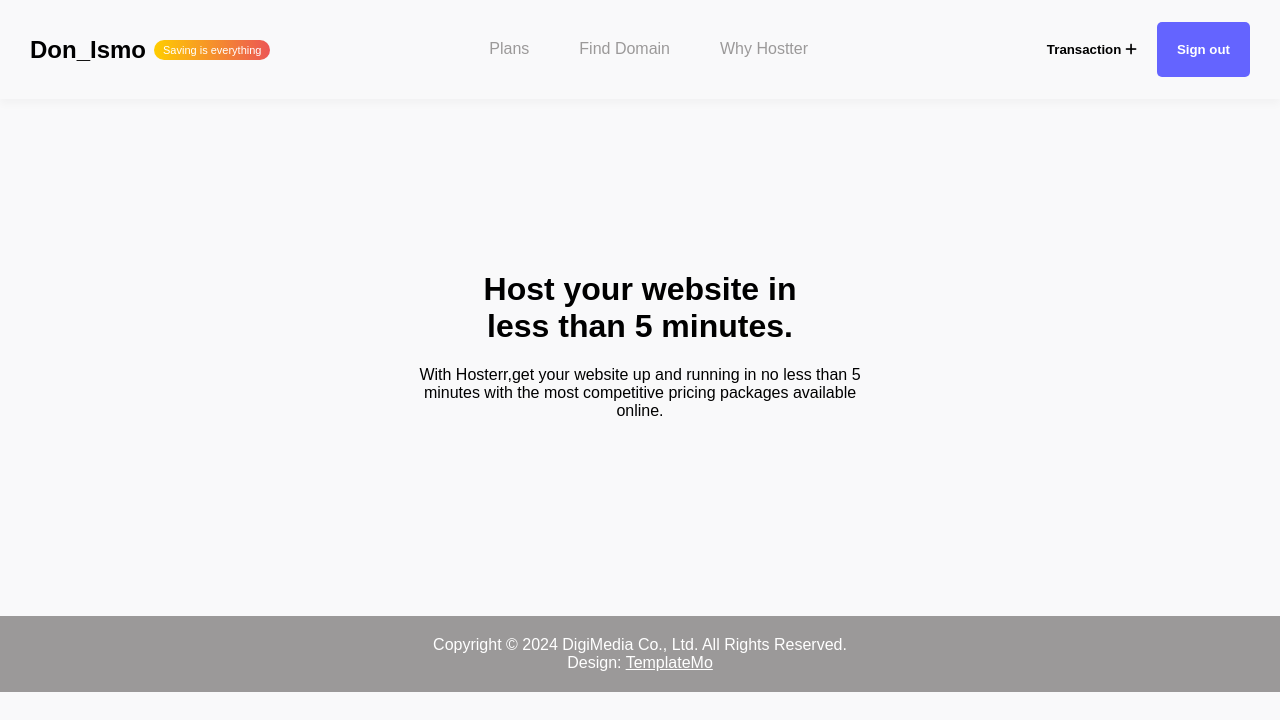
Repository: Ismail-ibr/pfa
Page: Dashboard/index.html
An editor plug-in stored every save of this project. The page is shown before and after the next save, followed by the edit.
The browser window is 1280 px wide. The pictures show the whole page.

Above is the page before, as saved 2024-05-16 22:44:56.
Console error: ReferenceError: closeButton is not defined

### Dashboard/index.html
<!DOCTYPE html>
<html lang="en">

<head>
    <meta charset="UTF-8">
    <meta name="viewport" content="width=device-width, initial-scale=1.0">
    <link rel="stylesheet" href="./style.css">
    <link rel="stylesheet" href="https://cdnjs.cloudflare.com/ajax/libs/font-awesome/6.5.2/css/all.min.css">
    <title>Document</title>
    <script defer src="./script.js"></script>
</head>

<body>

    <div class="main-div">
        <div class="nav">
            <div class="logo">
                <h2>Don_Ismo</h1>
                    <h4>Saving is everything</h4>
            </div>
            <div class="list">
                <ul>
                    <li><a href="#">Plans</a></li>
                    <li><a href="#">Find Domain</a></li>
                    <li><a href="#">Why Hostter</a></li>
                </ul>
            </div>
            <div class="nav-button">
                <h5 class="btn-1 open-button-2">Transaction<i class="fa-solid fa-plus"></i></h5>
                <h5 class="btn-2 open-button">Sign out</h5>
            </div>
            <div class="main_box2" id="modal2">
                <h2>Adding Transaction</h2>
                <form method="POST">
                    <div class="user_box2">
                        <input type="text" name="" required>
                        <label>Transaction Name</label>
                    </div>
                    <div class="user_box2">
                        <input type="text" name="" required>
                        <label>Transaction Categorie</label>
                    </div>
                    <div class="user_box2">
                        <input type="text" name="" required>
                        <label>Ma3raftch chno akhor</label>
                    </div>
                    <div class="button_form2">
                        <a href="#" id="submit">Ajouter</a>
                    </div>
                </form>
            </div>
            <div id="over"></div>

            <div class="main_box" id="modal">
                <h2>Sign out</h2>
                <div class="user_box">
                    <h3>Are you sure you want to disconnect?</h3>
                </div>
                <div class="buttons_Sign_out">
                    <div class="button_form">
                        <a href="#" id="cancel">Cancel</a>
                    </div>
                    <div class="button_form">
                        <a href="#" id="submit">Disconnect</a>
                    </div>
                </div>
            </div>
            <div id="over"></div>
        </div>
        <div class="main-content">
            <div class="text">
                <h1>Host your website in<br>less than 5 minutes.</h1>
                <p>With Hosterr,get your website up and running in no less than 5<br>minutes with the most competitive
                    pricing packages available <br>online.</p>
            </div>
        </div>
        <footer>
            <div class="container">
                <div class="row">
                    <div class="col-lg-12">
                        <p>Copyright © 2024 DigiMedia Co., Ltd. All Rights Reserved.
                            <br>Design: <a href="https://templatemo.com" target="_parent"
                                title="free css templates">TemplateMo</a>
                        </p>
                    </div>
                </div>
            </div>
        </footer>
    </div>

</body>

</html>

### Dashboard/style.css
* {
  padding: 0;
  color: rgb(0, 0, 0);
  font-family: "Poppins", sans-serif;
  box-sizing: border-box;
}

body {
  background-color: #f9f9fa;
  margin: 0;
  padding: 0;
}

/*--         Design of the form Sign Up         --*/

.main_box {
  display: none;
}

.main_box,
.main_box2 {
  color: f2f4f9;
  position: fixed;
  top: 50%;
  left: 50%;
  transform: translate(-50%, -50%) scale(0);
  display: flex;
  flex-direction: column;
  align-items: center;
  justify-content: center;
  z-index: 10;
  transition: 200ms ease-in-out;
  width: 400px;
  padding: 40px;
  /* transform: translate(-50%, -50%); */
  background-color: whitesmoke;
  box-shadow: 0px 0px 10px white;
  border-radius: 10px;
}
.main_box h2,
.main_box2 h2 {
  font-family: "Poppins", sans-serif;
  font-size: 40px;
  margin: 0 0 30px;
  padding: 0;
  text-align: center;
  cursor: pointer;
}

.main_box2 .user_box2 input {
  position: relative;
  width: 100%;
  padding: 10px;
  font-size: 16px;
  margin-bottom: 30px;
  border: none;
  outline: none;
  border-bottom: black solid 2px;
  background-color: transparent;
}

.main_box2 .user_box2 label {
  position: relative;
  left: 0;
  top: -60px;
  padding: 10px 0;
  pointer-events: none;
  transition: 0.5s;
}

.main_box2 .user_box2 :focus ~ label,
.main_box2 .user_box2 :valid ~ label {
  top: -85px;
  font-size: 13px;
  left: 0;
}
.button_form,
.button_form2 {
  display: flex;
  flex-direction: row;
  justify-content: end;
  align-content: center;
}

.button_form :first-child,
.button_form2 :first-child {
  text-decoration: none;
  color: black;
  padding: 20px 30px;
  border: 2px solid black;
}
.button_form :first-child:hover,
.button_form2 :first-child:hover {
  background-color: black;
  color: white;
  transition: 0.5s;
}

.main_box.active,
.main_box2.active {
  transform: translate(-50%, -50%) scale(1);
}

.main_box h3 {
  text-align: center;
}

#over {
  position: fixed;
  top: 0;
  left: 0;
  bottom: 0;
  right: 0;
  background-color: hsl(0, 0%, 0%, 0.5);
  opacity: 0;
  pointer-events: none;
  transition: 200ms ease-in-out;
}

#over.active {
  pointer-events: all;
  opacity: 1;
}

.nav {
  display: flex;
  padding: 0 30px;
  justify-content: space-between;
  align-items: center;
  box-shadow: 0px 5px 8px rgba(0, 0, 0, 0.03);
}

.logo {
  display: flex;
  justify-content: center;
  align-items: center;
}

.logo h4 {
  color: white;
  background: linear-gradient(
    90deg,
    rgba(255, 205, 0, 1) 0%,
    rgba(236, 84, 84, 0.9921218487394958) 100%
  );
  font-size: 11px;
  padding: 4px 9px;
  margin-left: 8px;
  border-radius: 50px;
  cursor: pointer;
  font-weight: 100;
}

.list ul {
  display: flex;
  list-style: none;
  align-items: center;
  justify-content: center;
}

.list li {
  margin: 0px 25px;
}

.list a {
  text-decoration: none;
  color: rgb(155, 153, 153);
}

.list a::after {
  content: "";
  display: block;
  width: 0%;
  height: 2px;
  background-color: rgb(155, 153, 153);
  transition: 0.4s;
}

.list a:hover::after {
  content: "";
  width: 100%;
  display: block;
  height: 2px;
  background: rgb(155, 153, 153);
  transition: 0.4s;
}

.nav-button {
  display: flex;
  align-items: center;
  justify-content: center;
}

.nav-button h5 {
  cursor: pointer;
}

.btn-1 {
  margin: 0px 20px;
  color: black;
}

.btn-1 i {
  margin-left: 4px;
}

.btn-2 {
  color: white;
  padding: 20px;
  background: rgb(100, 100, 255);
  border-radius: 5px;
}

.main-content {
  display: flex;
  justify-content: center;
  align-items: center;
  padding: 150px 0 80px;
  text-align: center;
}

.main-div {
  height: 100vh;
  margin: 0px;
}

.buttons_Sign_out {
  display: flex;
  flex-direction: row;
  align-items: center;
  justify-content: space-between;
}

/*---------------footer-----------------*/
footer {
  background: rgb(155, 153, 153);
  margin-top: 100px;
  padding: 5px 0px;
}

footer p {
  text-align: center;
  margin: 15px 0px;
  color: #fff;
}

footer p a {
  color: #fff;
  transition: all 0.5s;
}
/*---------------footer-----------------*/

### Dashboard/script.js
const openButton = document.querySelector(" .open-button");
const openButton2 = document.querySelector(" .open-button-2");

const over = document.getElementById("over");
const modal = document.querySelector(" .main_box");
const modal2 = document.querySelector(" .main_box2");

const button_close = document.getElementById("cancel");

openButton.addEventListener("click", () => {
  openModal(modal);
});

openButton2.addEventListener("click", () => {
  openModal(modal2);
});

function openModal(modalElement) {
  if (modalElement == null) return;
  modalElement.classList.add("active");
  over.classList.add("active");
}

over.addEventListener("click", () => {
  closeModal();
});

button_close.addEventListener("click", () => {
  closeModal();
});

closeButton.addEventListener("click", () => {
  closeModal();
});

function closeModal() {
  if (modal == null) return;
  modal.classList.remove("active");
  modal2.classList.remove("active");
  over.classList.remove("active");
}

After the next save:
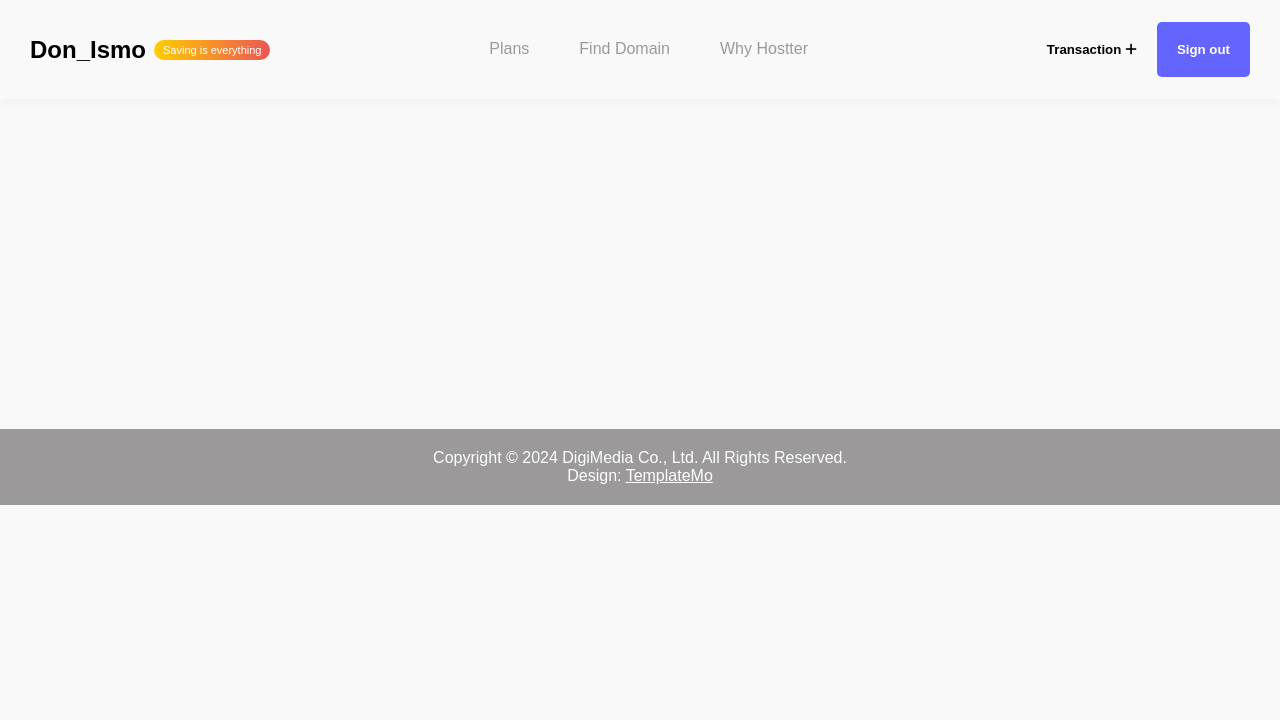
Saved 78 s later.
--- a/Dashboard/index.html
+++ b/Dashboard/index.html
@@ -68,10 +68,8 @@
             <div id="over"></div>
         </div>
         <div class="main-content">
-            <div class="text">
-                <h1>Host your website in<br>less than 5 minutes.</h1>
-                <p>With Hosterr,get your website up and running in no less than 5<br>minutes with the most competitive
-                    pricing packages available <br>online.</p>
+            <div class="transaction">
+                <div class="transac"></div>
             </div>
         </div>
         <footer>
